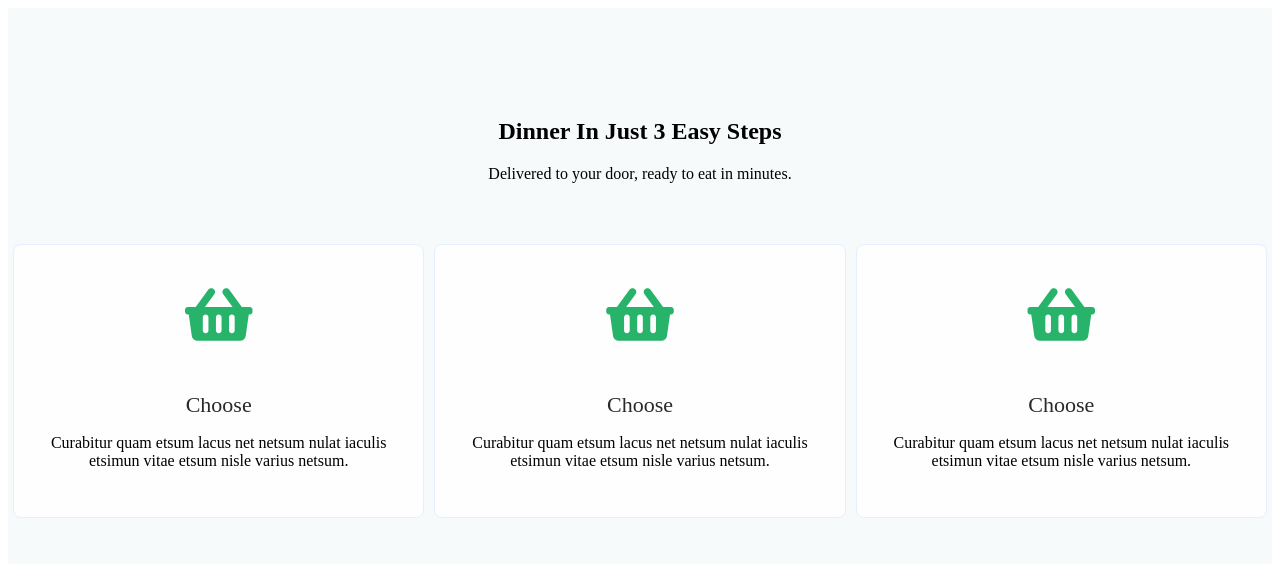
Repository: ST-United-Internship/leadpage
Page: card-UI.html
The author's editor kept a copy of each file at every save. The page is drawn from the files as they stood at one save, then again after the next save.
The browser window is 1280 px wide. The pictures show the whole page.

Above is the page before, as saved 2023-03-15 15:07:09.

### card-UI.html
<!DOCTYPE html>
<html lang="en">
<head>
    <meta charset="UTF-8">
    <meta http-equiv="X-UA-Compatible" content="IE=edge">
    <meta name="viewport" content="width=device-width, initial-scale=1.0">
    <title>Document</title>
    <link rel="stylesheet" href="css/card-UI.css">
    <link rel="stylesheet" href="css/common.css">
    <link rel="stylesheet" href="https://use.fontawesome.com/releases/v5.15.4/css/all.css" integrity="sha384-DyZ88mC6Up2uqS4h/KRgHuoeGwBcD4Ng9SiP4dIRy0EXTlnuz47vAwmeGwVChigm" crossorigin="anonymous"/>
</head>
<body>
        <section>
            <!--begin title-->
            <div class="about">
                <div class="row-title">
                    <div class="title-text">
                        <h2>Dinner In Just 3 Easy Steps</h2>
                        <p>Delivered to your door, ready to eat in minutes.</p>
                    </div>
                </div>
            </div>
            <!--begin card-->
            <div class="card-UI">
                <div class="about">
                    <div class="columm">
                        <div class="title-card">
                            <i class="fas fa-shopping-basket"></i>
                            <h3>Choose</h3>
                            <p>Curabitur quam etsum lacus net netsum nulat iaculis etsimun vitae etsum nisle varius netsum.</p>
                        </div>
                        <div class="title-card">
                            <i class="fas fa-shopping-basket"></i>
                            <h3>Choose</h3>
                            <p>Curabitur quam etsum lacus net netsum nulat iaculis etsimun vitae etsum nisle varius netsum.</p>
                        </div>
                        <div class="title-card">
                            <i class="fas fa-shopping-basket"></i>
                            <h3>Choose</h3>
                            <p>Curabitur quam etsum lacus net netsum nulat iaculis etsimun vitae etsum nisle varius netsum.</p>
                        </div>
                    </div>
                </div>
            </div>
        </section>
</body>
</html>

### css/card-UI.css
section{
    background: #f7fafa;
    padding: 90px 0 100px 0;
}

.about{
    background-color: #f7fafa;
}

.row-title{
    text-align: center;
}
 .title-text{
    text-align: center;
}

.about .columm .title-text h2{
    font-size: 36px;
    margin-bottom: 10px;
}

.about .columm .title-text p{
    font-size: 18px;
    line-height: 28px;
    font-weight: 400;
    color: #7c8595;
    margin-bottom: 15px;
    font-family: 'Open Sans', sans-serif;
}

.card-UI{
    position: relative;
}

.card-UI .about .columm{
    display: flex;
    justify-content: center;
}

.title-card{
    position: relative;
    margin: 45px 5px 5px 5px;
    padding: 40px 15px 32px 15px;
    overflow: hidden;
    text-align: center;
    border: 1px solid #e5efff;
    background-color: #fefefe;
    border-radius: 8px 8px;
    transition: all 1s;
}

.columm::after, ::before{
    box-sizing: border-box;
}

.card-UI .about .columm .title-card i{
    margin-bottom: 25px;
    font-size: 60px;
    color: #27b36a;
}

.card-UI .about .columm .title-card h3{
    font-size: 22px;
    font-weight: 500;
    color: #292929;
    margin-bottom: 15px;
}

.card-UI .about .columm .title-card p{
    padding: 0 10px;
    margin-bottom: 15px
}

### css/common.css
.container {
  max-width: 80%;
  margin: auto;
  border: 1px solid blue;
}
.card {
  width: 400px;
}
.space-vertical {
  padding: 20px 0;
}

.space-horizontal {
  padding: 0 20px;
}

*,
**,
*::before,
*::after {
  box-sizing: border-box;
}

After the next save:
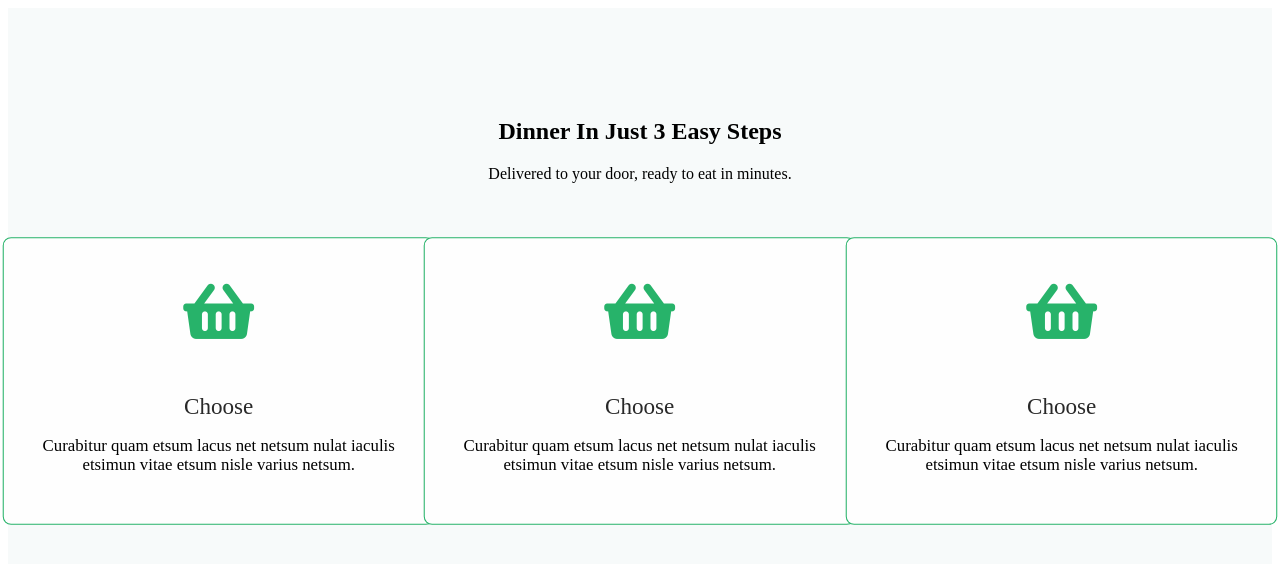
Saved 51 s later.
--- a/css/card-UI.css
+++ b/css/card-UI.css
@@ -47,6 +47,8 @@ section{
     background-color: #fefefe;
     border-radius: 8px 8px;
     transition: all 1s;
+    border: 1px solid #27b36a;
+    transform: scale(1.05, 1.05);
 }
 
 .columm::after, ::before{

After the save that followed:
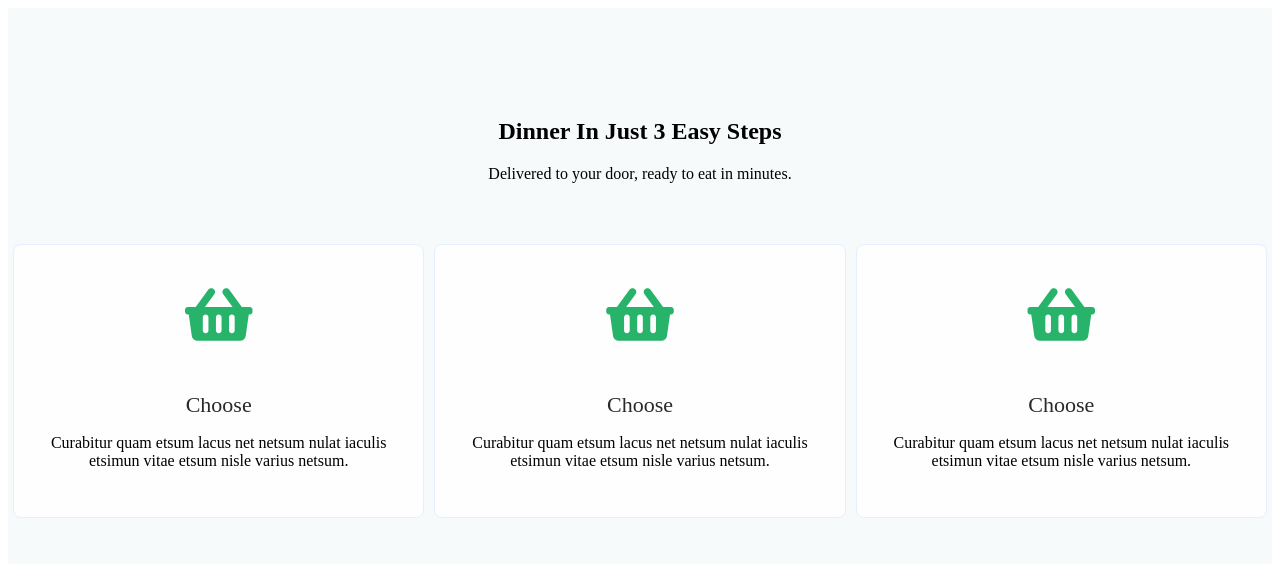
Saved 15 s later.
--- a/css/card-UI.css
+++ b/css/card-UI.css
@@ -47,8 +47,7 @@ section{
     background-color: #fefefe;
     border-radius: 8px 8px;
     transition: all 1s;
-    border: 1px solid #27b36a;
-    transform: scale(1.05, 1.05);
+
 }
 
 .columm::after, ::before{
